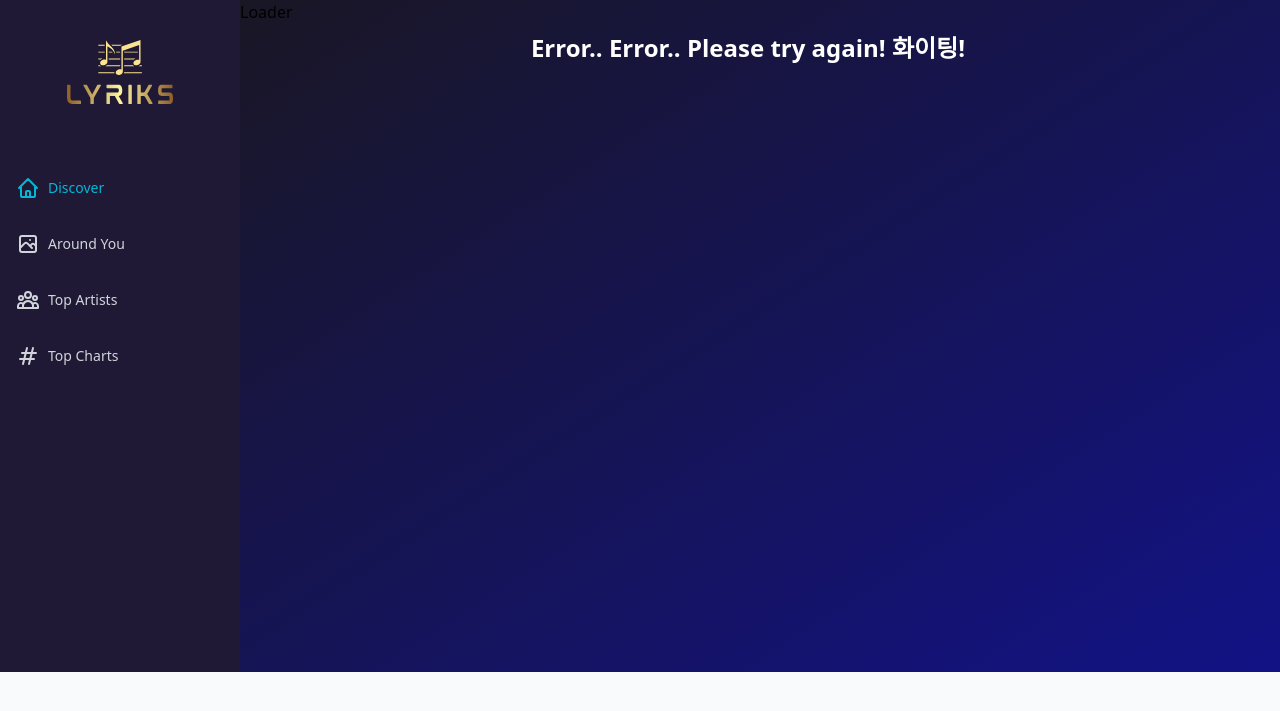
Repository: tessa5/spotify_clone
Page: /
An editor plug-in stored every save of this project. The page is shown before and after a run of saves, followed by the edit.
The browser window is 1280 px wide. The pictures show the whole page.
The page's requests for data from a server got no answer. The project was rebuilt for these pictures with package versions that can differ from the ones it lists, and the page was loaded fresh each time. No one was signed in, and anything a server would have sent is missing. Also part of the build but not shown: vite.config.js, src/components/PlayPause.jsx, src/components/SongCard.jsx, src/components/ArtistCard.jsx, src/components/DetailsHeader.jsx, src/components/SongBar.jsx, src/components/RelatedSongs.jsx, src/components/MusicPlayer/Controls.jsx and 11 more.

Above is the page before, as saved 2022-10-06 15:24:33.

### src/redux/store.js
import { configureStore } from '@reduxjs/toolkit';

import playerReducer from './features/playerSlice';

import { shazamCoreApi } from './services/shazamcore';

export const store = configureStore({
  reducer: {
    [shazamCoreApi.reducerPath]: shazamCoreApi.reducer,
    player: playerReducer,
  },
  middleware: (getDefaultMiddleware) => getDefaultMiddleware().concat(shazamCoreApi.middleware),
});

### src/redux/features/playerSlice.js
import { createSlice } from '@reduxjs/toolkit';

const initialState = {
  currentSongs: [],
  currentIndex: 0,
  isActive: false,
  isPlaying: false,
  activeSong: {},
  genreListId: '',
};

const playerSlice = createSlice({
  name: 'player',
  initialState,
  reducers: {
    setActiveSong: (state, action) => {
      state.activeSong = action.payload.song;

      if (action.payload?.data?.tracks?.hits) {
        state.currentSongs = action.payload.data.tracks.hits;
      } else if (action.payload?.data?.properties) {
        state.currentSongs = action.payload?.data?.tracks;
      } else {
        state.currentSongs = action.payload.data;
      }

      state.currentIndex = action.payload.i;
      state.isActive = true;
    },

    nextSong: (state, action) => {
      if (state.currentSongs[action.payload]?.track) {
        state.activeSong = state.currentSongs[action.payload]?.track;
      } else {
        state.activeSong = state.currentSongs[action.payload];
      }

      state.currentIndex = action.payload;
      state.isActive = true;
    },

    prevSong: (state, action) => {
      if (state.currentSongs[action.payload]?.track) {
        state.activeSong = state.currentSongs[action.payload]?.track;
      } else {
        state.activeSong = state.currentSongs[action.payload];
      }

      state.currentIndex = action.payload;
      state.isActive = true;
    },

    playPause: (state, action) => {
      state.isPlaying = action.payload;
    },

    selectGenreListId: (state, action) => {
      state.genreListId = action.payload;
    },
  },
});

export const { setActiveSong, nextSong, prevSong, playPause, selectGenreListId } = playerSlice.actions;

export default playerSlice.reducer;

### src/redux/services/shazamcore.js
import { createApi, fetchBaseQuery } from '@reduxjs/toolkit/query/react';

// const options = {
//   method: 'GET',
//   headers: {
//     'X-RapidAPI-Key': '23bca54e11msh398931b1805a883p102c57jsn513e0b606057',
//     'X-RapidAPI-Host': 'shazam-core.p.rapidapi.com',
//   },
// };

// fetch('https://shazam-core.p.rapidapi.com/v1/charts/world', options)
//   .then((response) => response.json())
//   .then((response) => console.log(response))
//   .catch((err) => console.error(err));

export const shazamCoreApi = createApi({
  reducerPath: 'shazamCoreApi',
  baseQuery: fetchBaseQuery({
    baseUrl: 'https://shazam-core.p.rapidapi.com/v1',
    prepareHeaders: (headers) => {
      headers.set('X-RapidAPI-Key', '23bca54e11msh398931b1805a883p102c57jsn513e0b606057');
      return headers;
    },
  }),
  endpoints: (builder) => ({
    getTopCharts: builder.query({ query: () => '/charts/world' }),
  }),
});

export const {
  useGetTopChartsQuery,
} = shazamCoreApi;

### src/components/Sidebar.jsx
import { useState } from 'react';
import { NavLink } from 'react-router-dom';
import { RiCloseLine } from 'react-icons/ri';
import { HiOutlineMenu } from 'react-icons/hi';

import { logo } from '../assets';
import { links } from '../assets/constants';

const NavLinks = (handleClick) => (
  <div className="mt-10">
    {links.map((item) => (
      <NavLink
        key={item.name}
        to={item.to}
        className="flex flex-row justify-start items-center my-8 text-sm font-medium text-gray-300 hover:text-cyan-600"
        onClick={() => handleClick && handleClick()}
      >
        <item.icon className="w-6 h-6 mr-2" />
        {item.name}
      </NavLink>
    ))}
  </div>
);

const Sidebar = () => {
  const [mobileMenu, setMobileMenu] = useState(false);
  return (
    <>
      <div className="md:flex hidden flex-col w-[240px] py-10 px-4 bg-[#1f1935]">
        <img src={logo} alt="logo" className="w-full h-16 object-contain" />
        <NavLinks />
      </div>

      <div className=" absolute md:hidden block top-6 right-3">
        {mobileMenu ? (
          <RiCloseLine
            className="w-6 h-6 mr-2 text-white"
            onClick={() => setMobileMenu(false)}
          />
        ) : (
          <HiOutlineMenu
            className="w-6 h-6 mr-2 text-white"
            onClick={() => setMobileMenu(true)}
          />
        )}
      </div>

      <div className={`absolute top-0 h-screen w-2/3 bg-gradient-to-tl from-white/10 to-[#483d8b] backdrop-blur-lg z-10 p-6 md:hidden smooth-transition ${mobileMenu ? 'left-0' : 'left-full'}`}>
        <img src={logo} alt="logo" className="w-full h-16 object-contain" />
        <NavLinks handleClick={() => setMobileMenu(false)} />
      </div>
    </>

  );
};

export default Sidebar;

### src/components/TopPlay.jsx
import { useEffect, useRef } from 'react';
import { Link } from 'react-router-dom'
import { useSelector, useDispatch } from 'react-redux';
import { Swiper, SwiperSlide } from 'swiper/react';
import { FreeMode } from 'swiper';

import PlayPause from './PlayPause';
import { playPause, setActiveSong } from '../redux/features/playerSlice';
import { useGetTopChartsQuery } from '../redux/services/shazamcore';

import 'swiper/css';
import 'swiper/css/free-mode';

const TopPlay = () => {
  const dispatch = useDispatch();
  const { activeSong, isPlaying } = useSelector((state) => state.player);
  const { data } = useGetTopChartsQuery();
  const divRef = useRef(null);

  useEffect(() =>{
    divRef.current.scrollIntoView({ behavior: 'smooth' });
  }, []);

  const topPlay = data?.slice(0, 5);

  const handlePauseClick = () => {
    dispatch(playPause(false));
  };
  const handlePlayClick = () => {
    dispatch(setActiveSong({ song, data, i }));
    dispatch(playPause);
  };

  return (
    <div ref={divRef} className="xl:ml-6 ml-0 xl:mb-0 mb-6 flex-1 xl:max-w-[500px] max-w-full flex flex-col">

    </div>
  );
};

export default TopPlay;

### src/components/Loader.jsx
import { loader } from '../assets';

const Loader = ({ title }) => (
  <div className="w-full flex justify-center items-center flex-col">
    <img
      src={loader}
      alt="loader"
      className="w-32 h-32 object-contain"
    />
    <h1>{title || 'Loading...'} </h1>
  </div>
);

export default Loader;

### src/components/Error.jsx
import React from 'react';

const Error = () => (
  <div className="w-full flex justify-center items-center">
    <h1 className="text-white text-2xl mt-2 font-bold">
      Error.. Error.. Please try again! 화이팅!
    </h1>
  </div>
);

export default Error;

### src/pages/Discover.jsx
import { useDispatch, useSelector } from 'react-redux';
import { Error, Loader, SongCard } from '../components';
import { genres } from '../assets/constants';

import { useGetTopChartsQuery } from '../redux/services/shazamcore';

const Discover = () => {
  const dispatch = useDispatch();
  const { activeSong, isPlaying } = useSelector((state) => state.player);
  const { data, isFetching, error } = useGetTopChartsQuery();
  const genreTitle = 'pop';

  if (isFetching) return <Loader title="Loading Songs..." />;

  if (error) return <Error />;

  return (
    <div className="flex flex-col">
      <div className="w-full flex justify-between items-center sm:flex-row flex-col mt-4 mb-10">
        <h2 className="text-3xl text-white font-bold">Discover {genreTitle}</h2>
        <select
          onChange={() => {}}
          value=""
          className="bg-black text-gray-300 rounded-lg outline-none text-sm sm:mt-0 mt-5"
        >
          {genres.map((genre) => <option key={genres.key} value={genres.value}>{genres.title}</option>)}
        </select>
      </div>
      <div className="flex flex-wrap sm:justify-start justify-center gap-8">
        {data?.map((song, i) => (
          <SongCard
            key={song.key}
            song={song}
            i={i}
            isPlaying={isPlaying}
            activeSong={activeSong}
            data={data}
          />
        ))}
      </div>
    </div>
  );
};

export default Discover;

### src/assets/constants.js
import { HiOutlineHashtag, HiOutlineHome, HiOutlinePhotograph, HiOutlineUserGroup } from 'react-icons/hi';

export const genres = [
  { title: 'Pop', value: 'POP' },
  { title: 'Hip-Hop', value: 'HIP_HOP_RAP' },
  { title: 'Dance', value: 'DANCE' },
  { title: 'Electronic', value: 'ELECTRONIC' },
  { title: 'Soul', value: 'SOUL_RNB' },
  { title: 'Alternative', value: 'ALTERNATIVE' },
  { title: 'Rock', value: 'ROCK' },
  { title: 'Latin', value: 'LATIN' },
  { title: 'Film', value: 'FILM_TV' },
  { title: 'Country', value: 'COUNTRY' },
  { title: 'Worldwide', value: 'WORLDWIDE' },
  { title: 'Reggae', value: 'REGGAE_DANCE_HALL' },
  { title: 'House', value: 'HOUSE' },
  { title: 'K-Pop', value: 'K_POP' },
];

export const links = [
  { name: 'Discover', to: '/', icon: HiOutlineHome },
  { name: 'Around You', to: '/around-you', icon: HiOutlinePhotograph },
  { name: 'Top Artists', to: '/top-artists', icon: HiOutlineUserGroup },
  { name: 'Top Charts', to: '/top-charts', icon: HiOutlineHashtag },
];

Loaded but not shown: index.html (common file); src/index.jsx (common file); src/index.css (common file); src/App.jsx (common file); src/components/index.js (common file); src/pages/index.js (common file); src/components/Searchbar.jsx (common file); src/assets/index.js (common file); tailwind.config.js (common file)

After the next 3 saves:
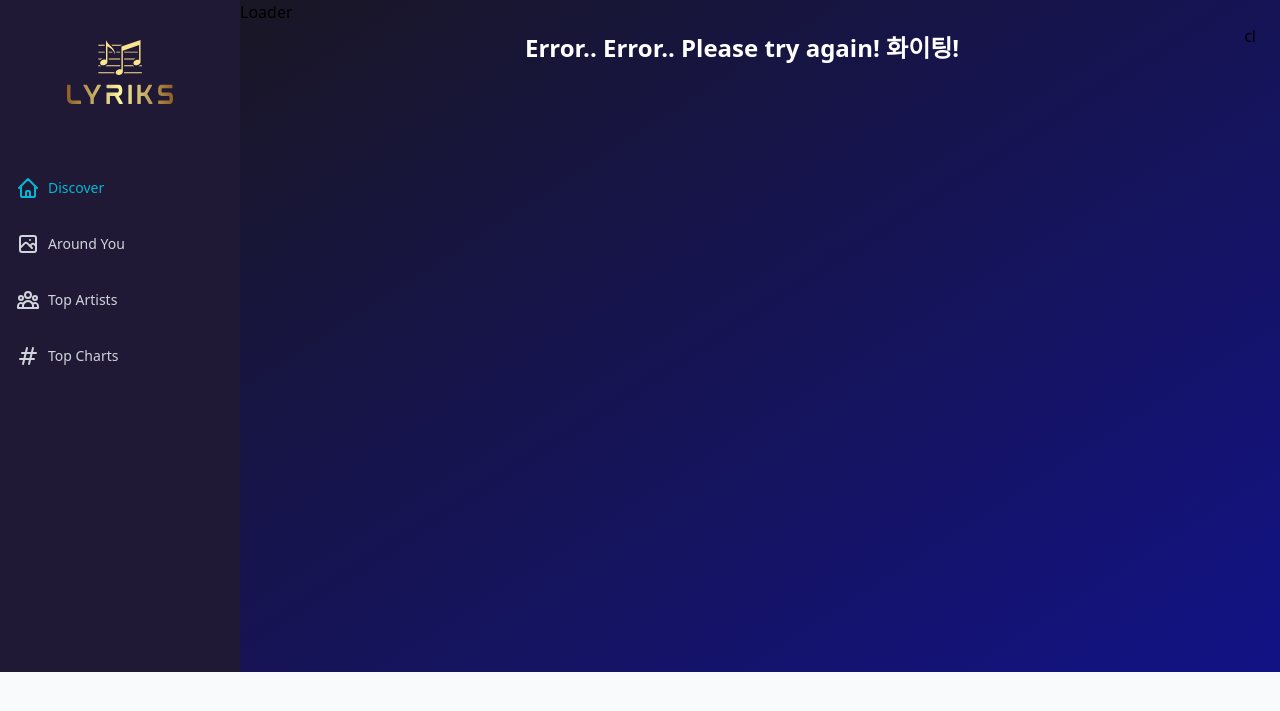
The 3 saves are shown as one change because they came seconds apart.
The last was saved 7 s later.
--- a/src/components/TopPlay.jsx
+++ b/src/components/TopPlay.jsx
@@ -33,7 +33,7 @@
 
   return (
     <div ref={divRef} className="xl:ml-6 ml-0 xl:mb-0 mb-6 flex-1 xl:max-w-[500px] max-w-full flex flex-col">
-
+      <div> cl</div>
     </div>
   );
 };

After the save that followed:
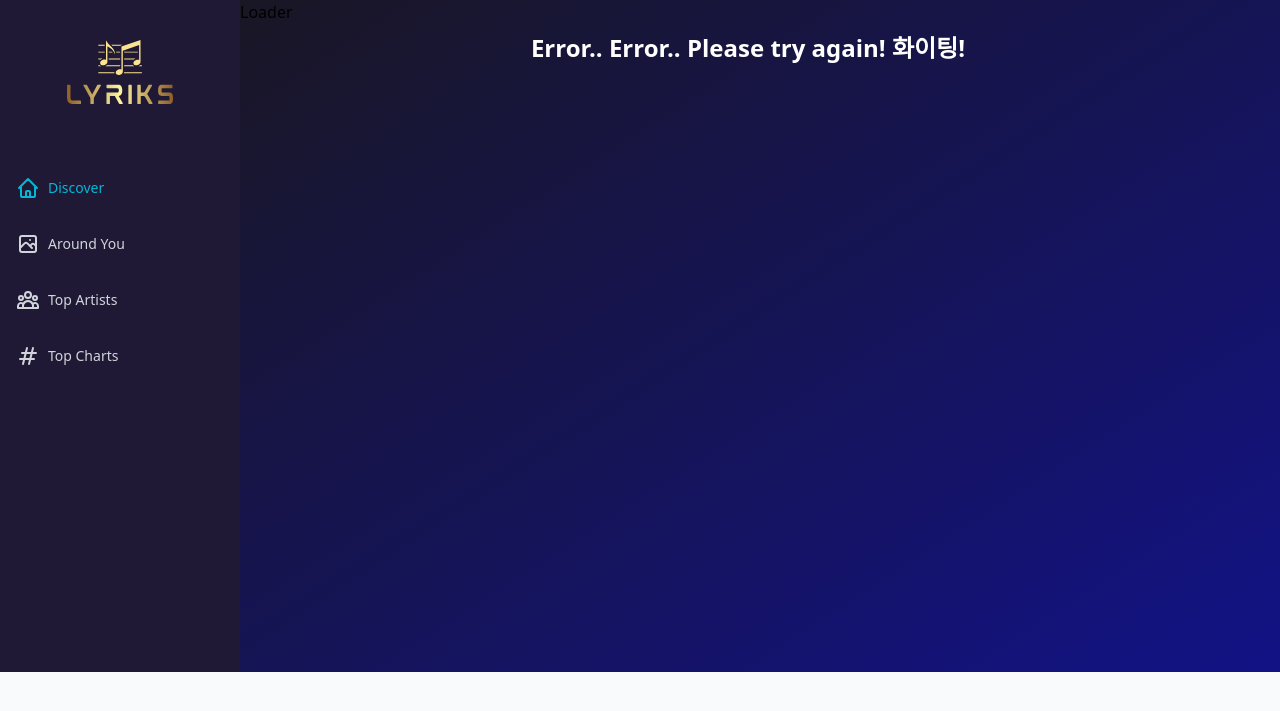
Saved 4 s later.
--- a/src/components/TopPlay.jsx
+++ b/src/components/TopPlay.jsx
@@ -33,7 +33,9 @@
 
   return (
     <div ref={divRef} className="xl:ml-6 ml-0 xl:mb-0 mb-6 flex-1 xl:max-w-[500px] max-w-full flex flex-col">
-      <div> cl</div>
+      <div>
+
+      </div>
     </div>
   );
 };
